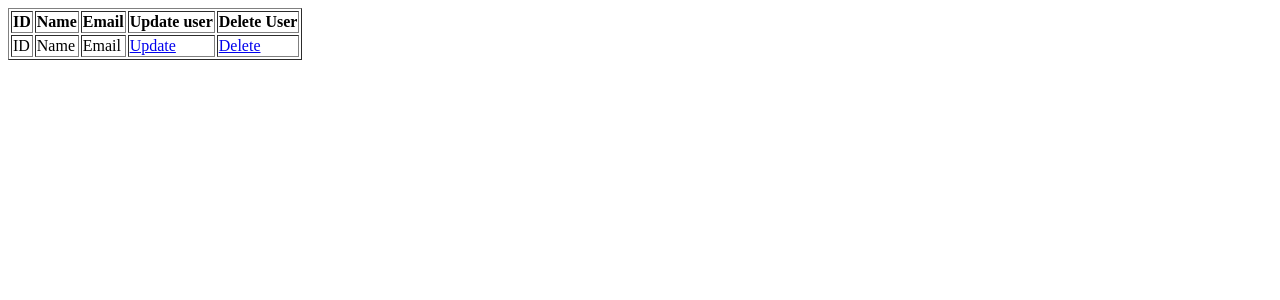
Repository: Srirampunitha/Java_developer_learnings
Page: http://localhost/MVC/Test.jsp
The author's editor kept a copy of each file at every save. The page is drawn from the files as they stood at one save, then again after the next save.
The browser window is 1280 px wide. The pictures show the whole page.
The page is served by Tomcat 10. Other server files are loaded and not shown.

Above is the page before, as saved 2024-02-20 16:23:09.

### DSA/MVC/webcontent/Test.jsp
<html>
<title>User Info</title>
<body>
<table border ="1">
<tr>
<th>ID</th>
<th>Name</th>
<th>Email</th>
<th>Update user</th>
<th>Delete User</th>
</tr>
<tr>
<td>ID</td>
<td>Name</td>
<td>Email</td>
<td> <a href = "Updateuser.jsp">Update</a></td>
<td> <a href = "<%= request.getContextPath()%>/Controller?action=delete">Delete</a></td>
</tr>

</table>
</body>
</html>

After the next save:
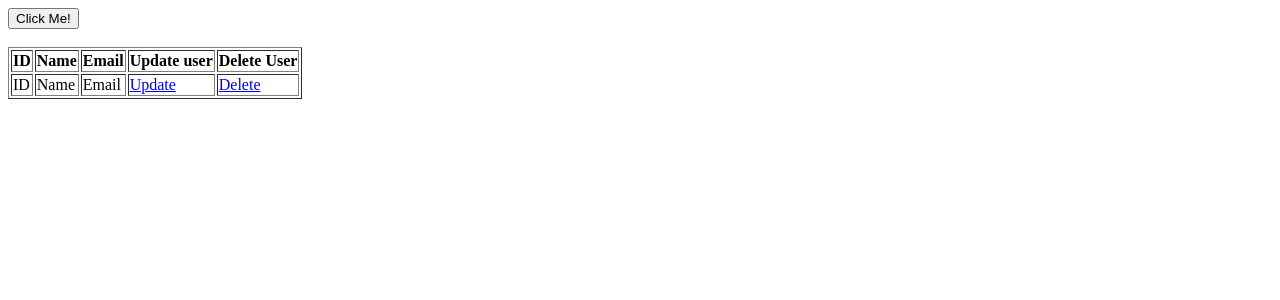
Saved 5 min 44 s later.
--- a/DSA/MVC/webcontent/Test.jsp
+++ b/DSA/MVC/webcontent/Test.jsp
@@ -1,6 +1,9 @@
 <html>
 <title>User Info</title>
 <body>
+
+<button type="button" onclick="www.google.com">Click Me!</button>
+<br><br>
 <table border ="1">
 <tr>
 <th>ID</th>
